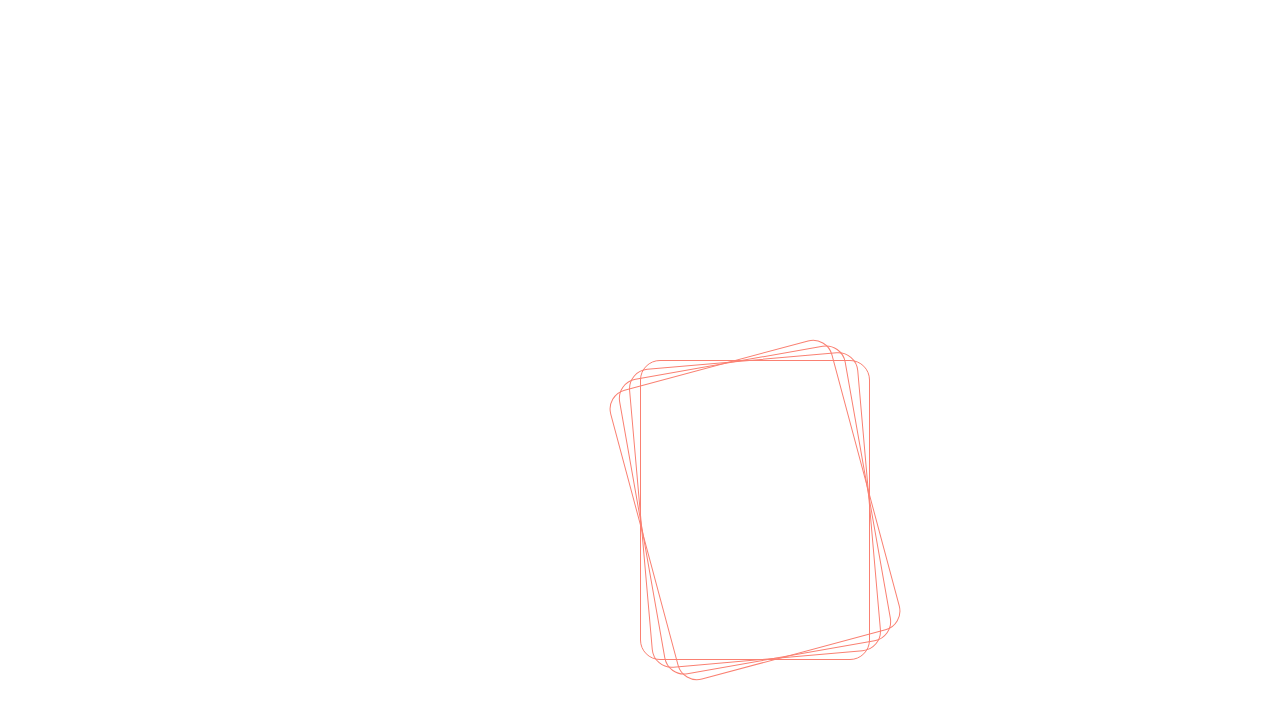
Repository: Chiranshukapil/html_css
Page: cards/index.html
The author's editor kept a copy of each file at every save. The page is drawn from the files as they stood at one save, then again after the next save.
The browser window is 1280 px wide. The pictures show the whole page.

Above is the page before, as saved 2024-06-09 00:17:46.

After the next save:
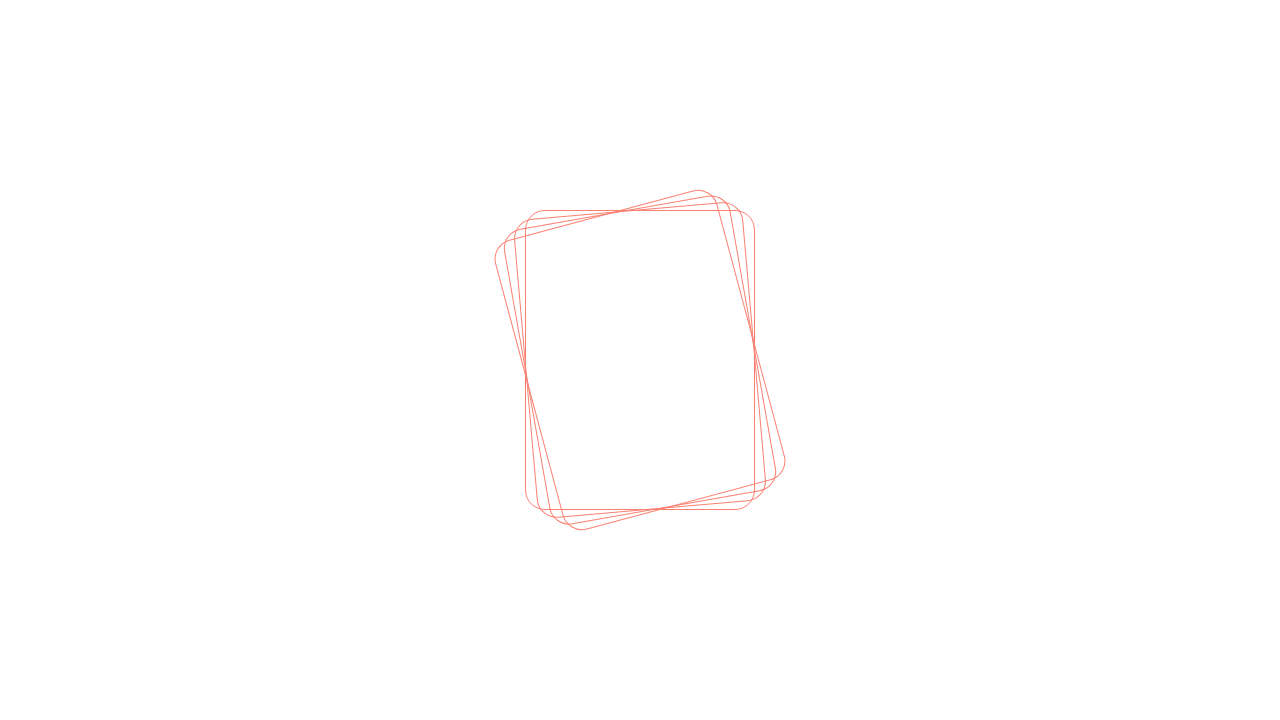
Saved 4 s later.
--- a/cards/style.css
+++ b/cards/style.css
@@ -20,8 +20,8 @@ html,body{
 
 .card{
     position: absolute;
-    top: 50%;
-    left: 50%;
+    /* top: 50%;
+    left: 50%; */
     /* transform: translate(-50%,-50%); */
     height: 300px;
     width: 230px;
